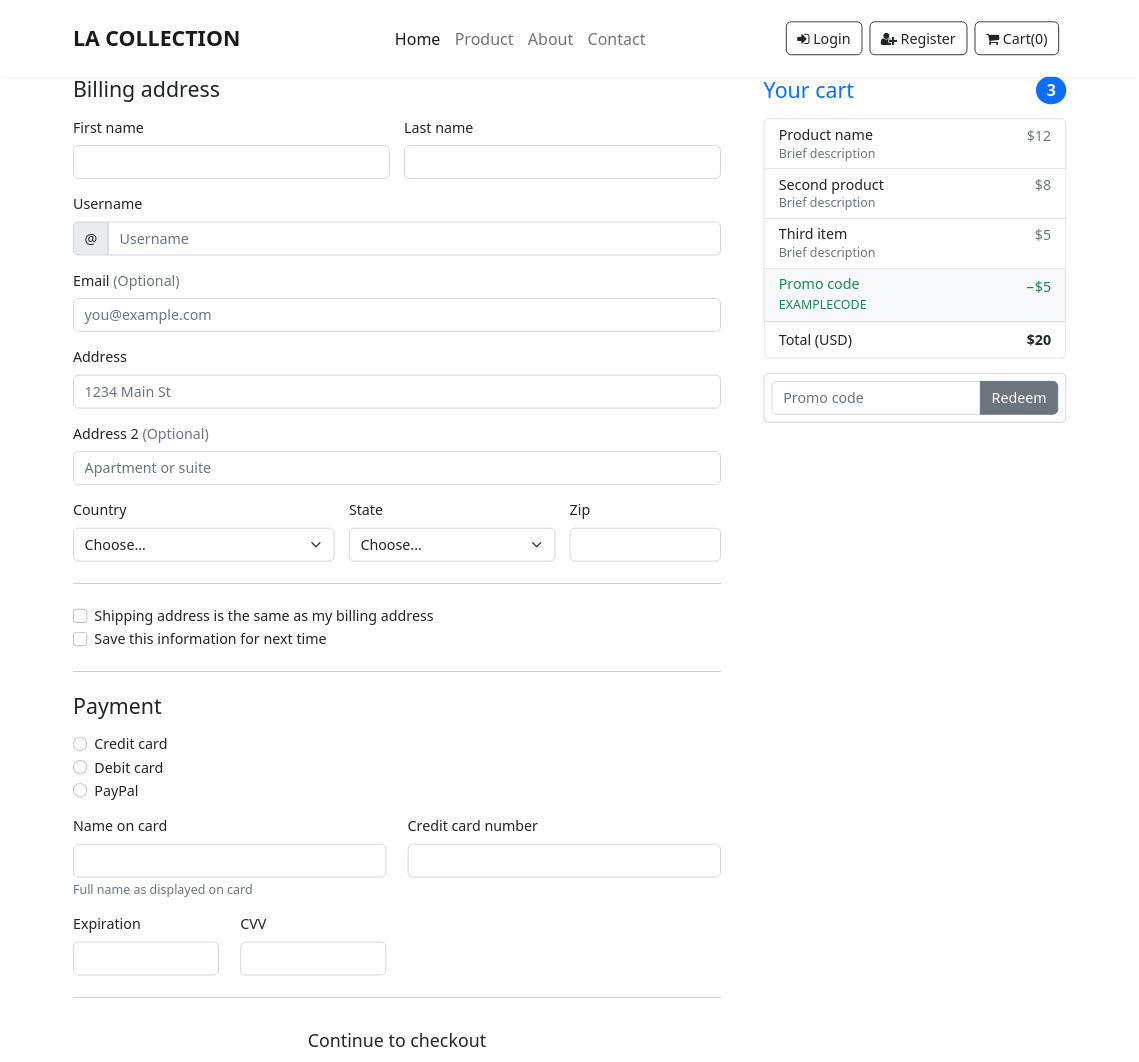
Repository: tiendungjr123/Ecommerce
Page: /checkout
An editor plug-in stored every save of this project. The page is shown before and after the next save, followed by the edit.
The browser window is 1280 px wide. The pictures show the whole page, at 89% of full size.
The project was rebuilt for these pictures with package versions that can differ from the ones it lists, and the page was loaded fresh each time. Also part of the build but not shown: src/components/Products.jsx, src/components/Home.jsx, src/redux/action/index.js, src/components/ProductDetail.jsx, src/components/About.jsx, src/components/Contact.jsx, src/components/Cart.jsx.

Above is the page before, as saved 2022-10-04 12:05:37.

### src/index.js
import React from 'react';
import ReactDOM from 'react-dom/client';
import './index.css';
import App from './App';
import '../node_modules/bootstrap/dist/css/bootstrap.min.css';
import '../node_modules/font-awesome/css/font-awesome.min.css';
import 'react-loading-skeleton/dist/skeleton.css'
import { BrowserRouter } from 'react-router-dom';
import store from './redux/store';
import { Provider } from 'react-redux';
const root = ReactDOM.createRoot(document.getElementById('root'));
root.render(
   <BrowserRouter>
      <Provider store={store}>
         <App />
      </Provider>
   </BrowserRouter>
);

### src/index.css
body {
   margin: 0;
   font-family: -apple-system, BlinkMacSystemFont, "Segoe UI", "Roboto", "Oxygen", "Ubuntu", "Cantarell", "Fira Sans",
      "Droid Sans", "Helvetica Neue", sans-serif;
   -webkit-font-smoothing: antialiased;
   -moz-osx-font-smoothing: grayscale;
}

code {
   font-family: source-code-pro, Menlo, Monaco, Consolas, "Courier New", monospace;
}

### src/App.js
import './App.css';
import Home from './components/Home';
import Navbar from './components/Navbar';
import {Route,  Routes} from 'react-router-dom';
import Products from './components/Products';
import ProductDetail from './components/ProductDetail';
import About from './components/About';
import Contact from './components/Contact';
import Cart from './components/Cart';
import Checkout from './components/Checkout';
function App() {
   return (
      <>
         <Navbar/>
         <Routes>
            <Route exact path='/' element={<Home/>}/>
            <Route exact path='/products' element={<Products/>}/>
            <Route exact path='/products/:id' element={<ProductDetail/>}/>
            <Route exact path='/about' element={<About/>}/>
            <Route exact path='/contact' element={<Contact/>}/>
            <Route exact path='/cart' element={<Cart/>}/>
            <Route exact path='/checkout' element={<Checkout/>}/>
         </Routes>
      </>
   );
}

export default App;

### src/redux/store.js
import { createStore } from "redux";
import rootReducers from "./reducer";
const store = createStore(rootReducers);

export default store;

### src/App.css
/* Navbar css */

.navbar-nav a{
   font-size: 18px;
}

### src/components/Navbar.jsx
import React from 'react';
import { NavLink } from 'react-router-dom';
import { useSelector } from 'react-redux';
const Navbar = () => {
   const state = useSelector((state) => state.handleCart);
   return (
      <div>
         <nav className="navbar navbar-expand-lg bg-white py-3 shadow-sm">
            <div className="container">
               <NavLink className="navbar-brand fw-bold fs-4" to="/">LA COLLECTION</NavLink>
               <button className="navbar-toggler" type="button" data-bs-toggle="collapse" data-bs-target="#navbarSupportedContent" aria-controls="navbarSupportedContent" aria-expanded="false" aria-label="Toggle navigation">
                  <span className="navbar-toggler-icon"></span>
               </button>
               <div className="collapse navbar-collapse" id="navbarSupportedContent">
                  <ul className="navbar-nav mx-auto mb-2 mb-lg-0">
                     <li className="nav-item">
                        <NavLink className="nav-link active" aria-current="page" to="/">Home</NavLink>
                     </li>
                     <li className="nav-item">
                        <NavLink className="nav-link" to="/products">Product</NavLink>
                     </li>
                     <li className="nav-item">
                        <NavLink className="nav-link" to="/about">About</NavLink>
                     </li>
                     <li className="nav-item">
                        <NavLink className="nav-link" to="/contact">Contact</NavLink>
                     </li>
                  </ul>
                  <div className="buttons ">
                     <NavLink to="/login" className='btn btn-outline-dark'>
                        <i className='fa fa-sign-in me-1'></i>Login
                     </NavLink>
                     <NavLink to="/register" className='btn btn-outline-dark ms-2'>
                        <i className='fa fa-user-plus me-1'></i>Register
                     </NavLink>
                     <NavLink to="/cart" className='btn btn-outline-dark m-2'>
                        <i className='fa fa-shopping-cart me-1'></i>Cart({state.length})
                     </NavLink>
                  </div>
               </div>
            </div>
         </nav>
      </div>
   );
}

export default Navbar;

### src/components/Checkout.jsx
import React from 'react';

const Checkout = () => {
   return (
      <div className='container'>
         <div className="row g-5">
            <div className="col-md-5 col-lg-4 order-md-last">
               <h4 className="d-flex justify-content-between align-items-center mb-3">
                  <span className="text-primary">Your cart</span>
                  <span className="badge bg-primary rounded-pill">3</span>
               </h4>
               <ul className="list-group mb-3">
                  <li className="list-group-item d-flex justify-content-between lh-sm">
                     <div>
                        <h6 className="my-0">Product name</h6>
                        <small className="text-muted">Brief description</small>
                     </div>
                     <span className="text-muted">$12</span>
                  </li>
                  <li className="list-group-item d-flex justify-content-between lh-sm">
                     <div>
                        <h6 className="my-0">Second product</h6>
                        <small className="text-muted">Brief description</small>
                     </div>
                     <span className="text-muted">$8</span>
                  </li>
                  <li className="list-group-item d-flex justify-content-between lh-sm">
                     <div>
                        <h6 className="my-0">Third item</h6>
                        <small className="text-muted">Brief description</small>
                     </div>
                     <span className="text-muted">$5</span>
                  </li>
                  <li className="list-group-item d-flex justify-content-between bg-light">
                     <div className="text-success">
                        <h6 className="my-0">Promo code</h6>
                        <small>EXAMPLECODE</small>
                     </div>
                     <span className="text-success">−$5</span>
                  </li>
                  <li className="list-group-item d-flex justify-content-between">
                     <span>Total (USD)</span>
                     <strong>$20</strong>
                  </li>
               </ul>

               <form className="card p-2">
                  <div className="input-group">
                     <input type="text" className="form-control" placeholder="Promo code" />
                     <button type="submit" className="btn btn-secondary">Redeem</button>
                  </div>
               </form>
            </div>
            <div className="col-md-7 col-lg-8">
               <h4 className="mb-3">Billing address</h4>
               <form className="needs-validation" novalidate="">
                  <div class="row g-3">
                     <div class="col-sm-6">
                        <label for="firstName" class="form-label">First name</label>
                        <input type="text" class="form-control" id="firstName" placeholder="" value="" required="" />
                        <div class="invalid-feedback">
                           Valid first name is required.
                        </div>
                     </div>

                     <div class="col-sm-6">
                        <label for="lastName" class="form-label">Last name</label>
                        <input type="text" class="form-control" id="lastName" placeholder="" value="" required="" />
                        <div class="invalid-feedback">
                           Valid last name is required.
                        </div>
                     </div>

                     <div class="col-12">
                        <label for="username" class="form-label">Username</label>
                        <div class="input-group has-validation">
                           <span class="input-group-text">@</span>
                           <input type="text" class="form-control" id="username" placeholder="Username" required="" />
                           <div class="invalid-feedback">
                              Your username is required.
                           </div>
                        </div>
                     </div>

                     <div class="col-12">
                        <label for="email" class="form-label">Email <span class="text-muted">(Optional)</span></label>
                        <input type="email" class="form-control" id="email" placeholder="you@example.com" />
                        <div class="invalid-feedback">
                           Please enter a valid email address for shipping updates.
                        </div>
                     </div>

                     <div class="col-12">
                        <label for="address" class="form-label">Address</label>
                        <input type="text" class="form-control" id="address" placeholder="1234 Main St" required="" />
                        <div class="invalid-feedback">
                           Please enter your shipping address.
                        </div>
                     </div>

                     <div class="col-12">
                        <label for="address2" class="form-label">Address 2 <span class="text-muted">(Optional)</span></label>
                        <input type="text" class="form-control" id="address2" placeholder="Apartment or suite" />
                     </div>

                     <div class="col-md-5">
                        <label for="country" class="form-label">Country</label>
                        <select class="form-select" id="country" required="">
                           <option value="">Choose...</option>
                           <option>United States</option>
                        </select>
                        <div class="invalid-feedback">
                           Please select a valid country.
                        </div>
                     </div>

                     <div class="col-md-4">
                        <label for="state" class="form-label">State</label>
                        <select class="form-select" id="state" required="">
                           <option value="">Choose...</option>
                           <option>California</option>
                        </select>
                        <div class="invalid-feedback">
                           Please provide a valid state.
                        </div>
                     </div>

                     <div class="col-md-3">
                        <label for="zip" class="form-label">Zip</label>
                        <input type="text" class="form-control" id="zip" placeholder="" required="" />
                        <div class="invalid-feedback">
                           Zip code required.
                        </div>
                     </div>
                  </div>
                  <hr class="my-4" />
                  <div class="form-check">
                     <input type="checkbox" class="form-check-input" id="same-address" />
                     <label class="form-check-label" for="same-address">Shipping address is the same as my billing address</label>
                  </div>
                  <div class="form-check">
                     <input type="checkbox" class="form-check-input" id="save-info" />
                     <label class="form-check-label" for="save-info">Save this information for next time</label>
                  </div>
                  <hr class="my-4" />
                  <h4 class="mb-3">Payment</h4>
                  <div class="my-3">
                     <div class="form-check">
                        <input id="credit" name="paymentMethod" type="radio" class="form-check-input" checked="" required="" />
                        <label class="form-check-label" for="credit">Credit card</label>
                     </div>
                     <div class="form-check">
                        <input id="debit" name="paymentMethod" type="radio" class="form-check-input" required="" />
                        <label class="form-check-label" for="debit">Debit card</label>
                     </div>
                     <div class="form-check">
                        <input id="paypal" name="paymentMethod" type="radio" class="form-check-input" required="" />
                        <label class="form-check-label" for="paypal">PayPal</label>
                     </div>
                  </div>
                  <div class="row gy-3">
                     <div class="col-md-6">
                        <label for="cc-name" class="form-label">Name on card</label>
                        <input type="text" class="form-control" id="cc-name" placeholder="" required="" />
                        <small class="text-muted">Full name as displayed on card</small>
                        <div class="invalid-feedback">
                           Name on card is required
                        </div>
                     </div>

                     <div class="col-md-6">
                        <label for="cc-number" class="form-label">Credit card number</label>
                        <input type="text" class="form-control" id="cc-number" placeholder="" required="" />
                        <div class="invalid-feedback">
                           Credit card number is required
                        </div>
                     </div>

                     <div class="col-md-3">
                        <label for="cc-expiration" class="form-label">Expiration</label>
                        <input type="text" class="form-control" id="cc-expiration" placeholder="" required="" />
                        <div class="invalid-feedback">
                           Expiration date required
                        </div>
                     </div>

                     <div class="col-md-3">
                        <label for="cc-cvv" class="form-label">CVV</label>
                        <input type="text" class="form-control" id="cc-cvv" placeholder="" required="" />
                        <div class="invalid-feedback">
                           Security code required
                        </div>
                     </div>
                  </div>
                  <hr class="my-4"/>
                  <button class="w-100 btn btn-outline-drk btn-lg" type="submit">Continue to checkout</button>
               </form>
            </div>
         </div>
      </div>
   );
}

export default Checkout;

### src/redux/reducer/index.js
import handleCart from "./handleCart";
import { combineReducers } from "redux";

const rootReducers =  combineReducers({
   handleCart,
})

export default rootReducers;

### src/redux/reducer/handleCart.js
const cart = [];

const handleCart = (state = cart, action) => {
   const product = action.payload;
   switch (action.type) {
      case 'cart/addProduct':
         const exits = state.find((x) => x.id === product.id);
         if (exits) {
            return state.map((x) => x.id === product.id ? { ...x, qty: x.qty + 1 } : x)
         }else{
            const product = action.payload;
            return [
               ...state,
               {
                  ...product,
                  qty: 1,
               }
            ]
         }
         break;
      case 'cart/deleteProduct':
         const exits1 = state.find((x) => x.id === product.id);
         if(exits1.qty === 1){
            return state.filter((x) => x.id !== exits1.id)
         }
         else{
            return state.map((x) =>
               x.id === product.id ? {...x, qty: x.qty-1}:x
            );
         }
         break;
      default:
         return state;
   }
}

export default handleCart;

Loaded but not shown: public/index.html (common file)

After the next save:
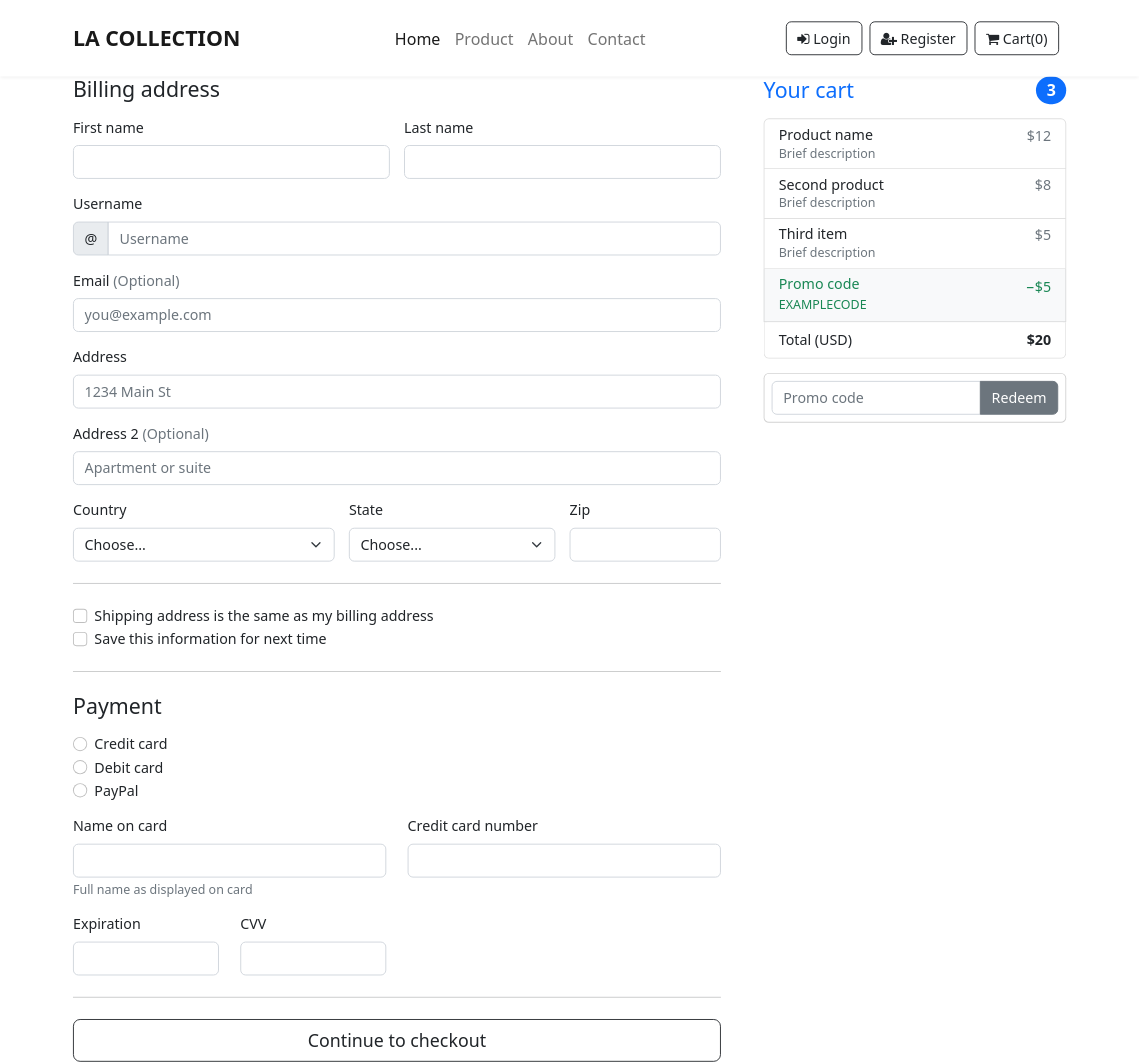
Saved 8 s later.
--- a/src/components/Checkout.jsx
+++ b/src/components/Checkout.jsx
@@ -193,7 +193,7 @@ const Checkout = () => {
                      </div>
                   </div>
                   <hr class="my-4"/>
-                  <button class="w-100 btn btn-outline-drk btn-lg" type="submit">Continue to checkout</button>
+                  <button class="w-100 btn btn-outline-dark btn-lg" type="submit">Continue to checkout</button>
                </form>
             </div>
          </div>
